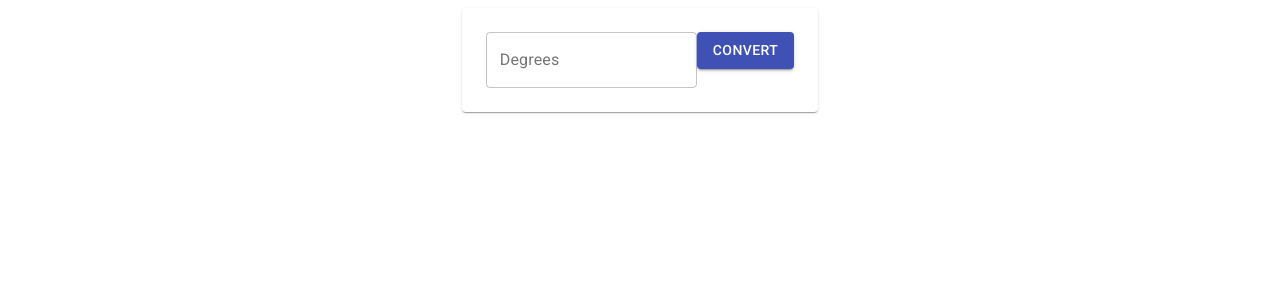
Repository: zum281/temperature-converter
Page: /
The author's editor kept a copy of each file at every save. The page is drawn from the files as they stood at one save, then again after the next save.
The browser window is 1280 px wide. The pictures show the whole page.
The project was rebuilt for these pictures with package versions that can differ from the ones it lists, and the page was loaded fresh each time. Also part of the build but not shown: src/index.css.

Above is the page before, as saved 2021-07-09 13:15:48.

After the next save:
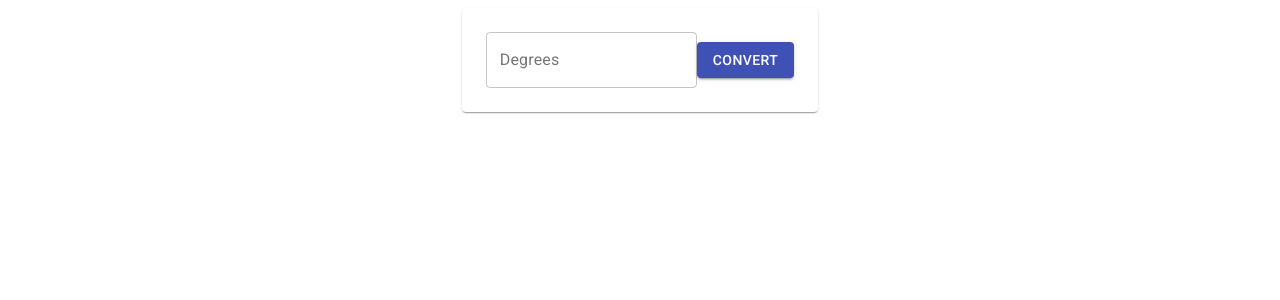
Saved 8 s later.
--- a/src/App.js
+++ b/src/App.js
@@ -31,7 +31,7 @@ function App() {
     return (
         <div className={classes.root}>
             <Paper className={classes.paper}>
-                <form noValidate autoComplete="off">
+                <form noValidate autoComplete="off" className={classes.form}>
                     <FormControl variant="outlined">
                         <InputLabel htmlFor="degrees">Degrees</InputLabel>
                         <OutlinedInput type="number" id="degrees" />
